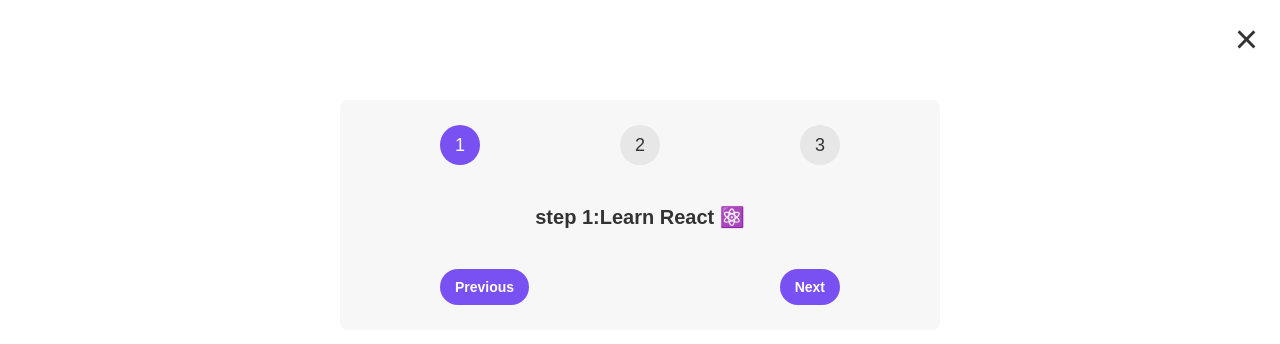
Repository: masamichan/steps
Page: /
These files come from the project's save history. The page is drawn as it stood at one moment and after a run of saves; the edit follows.
The browser window is 1280 px wide. The pictures show the whole page.
The project was rebuilt for these pictures with package versions that can differ from the ones it lists, and the page was loaded fresh each time.

Above is the page before, as saved 2024-01-23 08:31:00.

### src/App.js
import { useState } from "react";

const messages = [
  "Learn React ⚛️",
  "Apply for jobs 💼",
  "Invest your new income 🤑",
];

export default function App() {
  const [step, setStep] = useState(1);
  const [isOpen, setIsOpen] = useState(true);

  function handlePrevious() {
    if (step > 1) setStep((s) => s - 1);
  }

  function handleNext() {
    if (step < 3) {
      setStep((s) => s + 1);
      // setStep((s) => s + 1);
    }
  }

  return (
    <div>
      <button className="close" onClick={() => setIsOpen((is) => !isOpen)}>
        &times;
      </button>
      {isOpen && (
        <div className="steps">
          <div className="numbers">
            <div className={step >= 1 ? "active" : ""}>1</div>
            <div className={step >= 2 ? "active" : ""}>2</div>
            <div className={step >= 3 ? "active" : ""}>3</div>
          </div>
          <p className="message">
            step {step}:{messages[step - 1]}
          </p>
          <div className="buttons">
            <button
              style={{ backgroundColor: "#7950f2", color: "#fff" }}
              onClick={handlePrevious}
            >
              Previous
            </button>
            <button
              style={{ backgroundColor: "#7950f2", color: "#fff" }}
              onClick={handleNext}
            >
              Next
            </button>
          </div>
        </div>
      )}
    </div>
  );
}

function Button({ textColor, bgColor, onClick, text }) {
  return (
    <button
      style={{ backgroundColor: "#7950f2", color: "#fff" }}
      onClick={handleNext}
    >
      text
    </button>
  );
}

Loaded but not shown: public/index.html (common file); src/index.js (common file); src/index.css (common file)

After the next 6 saves:
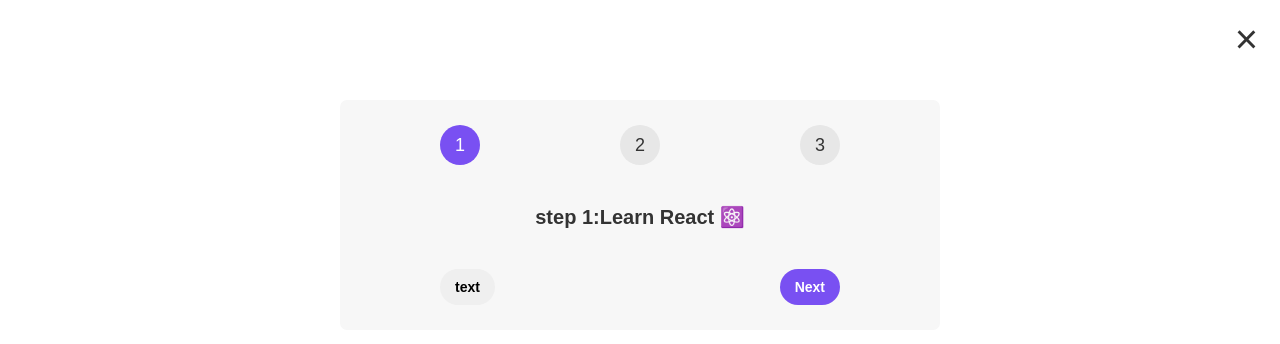
The 6 saves are shown as one change because 4 did not build or start and some came seconds apart.
The last was saved 11 min 37 s later.
--- a/src/App.js
+++ b/src/App.js
@@ -37,12 +37,12 @@ export default function App() {
             step {step}:{messages[step - 1]}
           </p>
           <div className="buttons">
-            <button
-              style={{ backgroundColor: "#7950f2", color: "#fff" }}
+            <Button
+              bgColor="#7950f2"
+              textColor="#fff"
               onClick={handlePrevious}
-            >
-              Previous
-            </button>
+              text="previous"
+            />
             <button
               style={{ backgroundColor: "#7950f2", color: "#fff" }}
               onClick={handleNext}
@@ -58,10 +58,7 @@ export default function App() {
 
 function Button({ textColor, bgColor, onClick, text }) {
   return (
-    <button
-      style={{ backgroundColor: "#7950f2", color: "#fff" }}
-      onClick={handleNext}
-    >
+    <button style={{ textColor, bgColor, onClick, text }} onClick={onClick}>
       text
     </button>
   );
